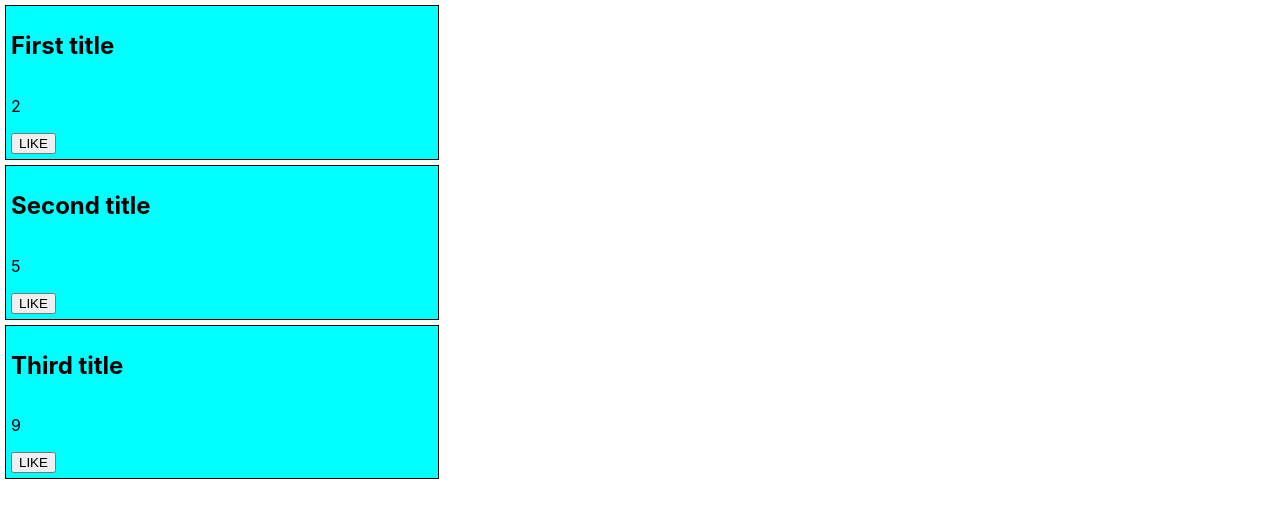
Repository: asapvtec98/egzamin
Page: /
An editor plug-in stored every save of this project. The page is shown before and after the next save, followed by the edit.
The browser window is 1280 px wide. The pictures show the whole page.
The project was rebuilt for these pictures with package versions that can differ from the ones it lists, and the page was loaded fresh each time.

Above is the page before, as saved 2023-11-14 09:56:04.

After the next save:
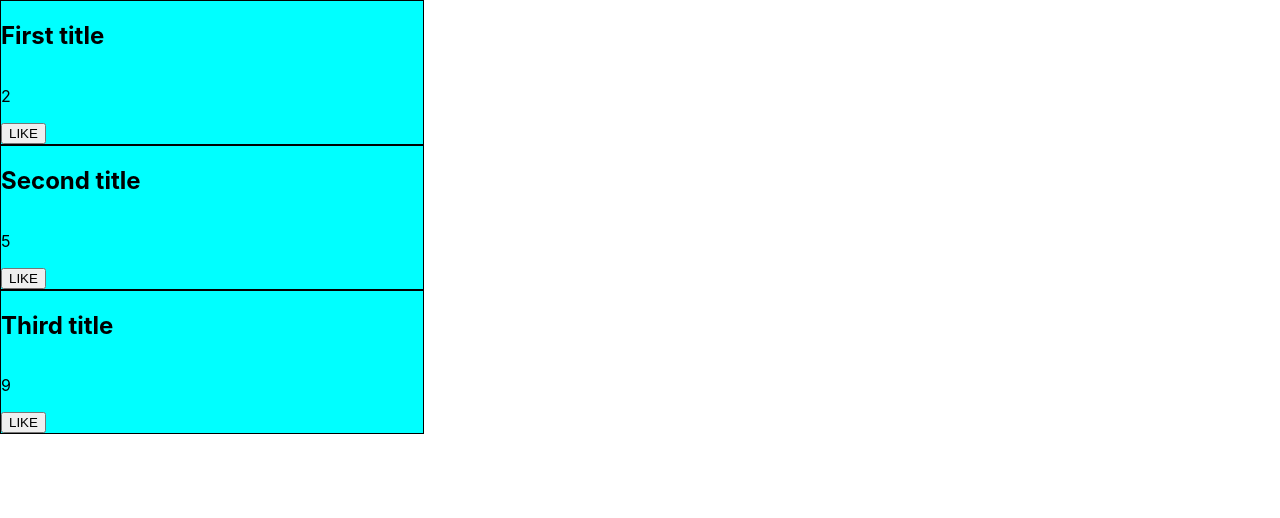
Saved 9 s later.
--- a/src/components/Comment.css
+++ b/src/components/Comment.css
@@ -2,8 +2,6 @@
     border: 1px solid black;
     background-color:aqua;
     width: 33%;
-    padding: 5px;
-    margin: 5px;
 
 }
 
